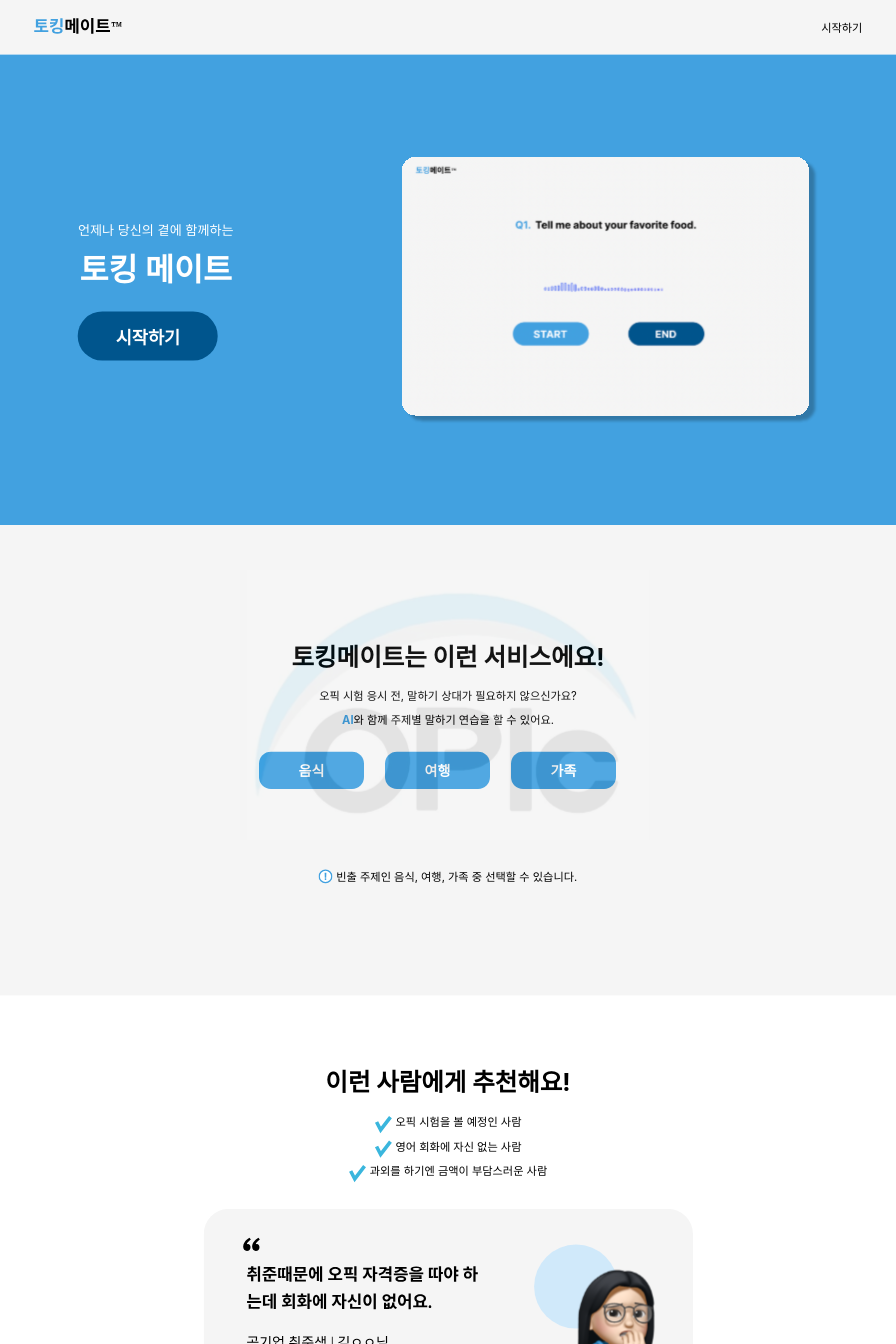
Repository: EduTechProjects/Setting-
Page: / (app in Backend/FrontEnd/)
The author's editor kept a copy of each file at every save. The page is drawn from the files as they stood at one save, then again after a run of saves.
The browser window is 1280 px wide. The pictures show the part of the page from y = 0 to 1920 px (the page is 2974 px tall), at 70% of full size.
The project was rebuilt for these pictures with package versions that can differ from the ones it lists, and the page was loaded fresh each time. Also part of the build but not shown: Backend/FrontEnd/src/pages/subject.js, Backend/FrontEnd/src/components/Speak/Speaker.js, Backend/FrontEnd/src/utils/Questions.js, Backend/FrontEnd/src/pages/Speak.js, Backend/FrontEnd/src/components/Feedback/AnswerContainer.js, Backend/FrontEnd/src/components/Feedback/FeedbackContainer.js, Backend/FrontEnd/src/components/Feedback/Togglebox.js, Backend/FrontEnd/src/pages/Loading.js and 1 more.

Above is the page before, as saved 2023-07-03 15:49:38.

### Backend/FrontEnd/src/index.js
import React from 'react';
import ReactDOM from 'react-dom/client';
import './index.css';
import App from './App';


const root = ReactDOM.createRoot(document.getElementById('root'));
root.render(
    <App />

);

### Backend/FrontEnd/src/App.js
import React from "react";
import { BrowserRouter, Routes, Route } from "react-router-dom";
import "./App.css";
import Home from "./pages/Home";
import Subject from "./pages/Subject";
import Speak from "./pages/Speak";
import Feedback from "./pages/Feedback";
import Navbar from "./components/Common/Navbar";

function App() {
  return (
    <BrowserRouter>
      <Navbar />
      <div className="App">
        <Routes>
          <Route path="/" element={<Home />} />
          <Route path="/subject" element={<Subject />} />
          <Route path="/speak/:topic" element={<Speak />} />
          <Route path="/feedback" element={<Feedback />} />
        </Routes>
        <subject />
      </div>
    </BrowserRouter>
  );
}

export default App;

### Backend/FrontEnd/src/pages/home.js
import React from "react";
import styled from "styled-components";
import ColorCode from "../utils/Palette";
import Button from "../components/Common/Button";
import { ReactComponent as Example } from "../assets/example.svg";
import { ReactComponent as Example2 } from "../assets/example2.svg";
import { ReactComponent as Opic } from "../assets/opicIcon.svg";
import { ReactComponent as Caution } from "../assets/caution.svg";
import { ReactComponent as Check } from "../assets/check.svg";
import { ReactComponent as Emoji } from "../assets/emoji.svg";
import { ReactComponent as New } from "../assets/newIcon.svg";
import { ReactComponent as Logo } from "../assets/logo.svg";
import { useNavigate } from "react-router-dom";
import Dropdown from "../components/Home/Dropdown";

const Home = () => {
  const navigate = useNavigate();

  const handleNavigate = () => {
    navigate("/subject");
  };

  return (
    <>
      <HeaderContainer bgColor={ColorCode.SelectBlue}>
        <Column>
          <SubTitle>언제나 당신의 곁에 함께하는</SubTitle>
          <Title>토킹 메이트</Title>
          <Button type="1" text="시작하기" click={handleNavigate} />
        </Column>
        <ExIcon />
      </HeaderContainer>
      <Section1>
        <Title2>토킹메이트는 이런 서비스에요!</Title2>
        <P>오픽 시험 응시 전, 말하기 상대가 필요하지 않으신가요?</P>
        <P>
          <strong style={{ color: "#42A1E0" }}>AI</strong>와 함께 주제별 말하기
          연습을 할 수 있어요.
        </P>
        <BtnContainer>
          <Button type="2" text="음식" />
          <Button type="2" text="여행" />
          <Button type="2" text="가족" />
        </BtnContainer>
        <CationContainer>
          <CautionIcon />
          <P>빈출 주제인 음식, 여행, 가족 중 선택할 수 있습니다.</P>
        </CationContainer>
        <OpicIconStyled />
      </Section1>
      <Section2>
        <Title3>이런 사람에게 추천해요!</Title3>
        <Row>
          <CheckIcon />
          <P>오픽 시험을 볼 예정인 사람</P>
        </Row>
        <Row>
          <CheckIcon />
          <P>영어 회화에 자신 없는 사람</P>
        </Row>
        <Row>
          <CheckIcon />
          <P>과외를 하기엔 금액이 부담스러운 사람</P>
        </Row>
        <EmojiIcon />
      </Section2>
      <Section3>
        <Row>
          <Column2>
            <NewIcon />
            <Title4>생성형 AI로</Title4>
            <Title4>문맥 피드백 제공</Title4>
            <Margin />
            <P>
              최근 가장 핫한 생성형 AI인 <strong>ChatGPT</strong>를 활용해
            </P>
            <P>답변을 가장 자연스러운 표현으로 바꿔드립니다.</P>
          </Column2>
          <Example2 />
        </Row>
      </Section3>
      <Footer>
        <Line />
        <LogoIcon />
      </Footer>
    </>
  );
};

const LogoIcon = styled(Logo)`
  margin-top: 50px;
  margin-left: 9rem;
  align-self: flex-start;
`;

const Footer = styled.div`
  height: 10rem;
  background-color: #f5f5f5;
  display: flex;
  flex-direction: column;
  align-items: center;
`;

const Line = styled.div`
  height: 0.9px;
  width: 80%;

  background-color: gray;
`;

const Margin = styled.div`
  margin-top: 20px;
`;

const NewIcon = styled(New)`
  margin-left: -25px;
  margin-bottom: 10px;
`;

const EmojiIcon = styled(Emoji)`
  margin-top: 33px;
`;

const BtnContainer = styled.div`
  display: flex;
`;

const Row = styled.div`
  display: flex;
  align-items: center;
  justify-content: center;
`;

const CheckIcon = styled(Check)`
  width: 25px;
  margin-right: 5px;
`;

const Section1 = styled.div`
  height: 42rem;
  background-color: #f5f5f5;
  display: flex;
  flex-direction: column;
  align-items: center;
`;

const Section2 = styled.div`
  height: 42rem;
`;

const Section3 = styled.div`
  height: 37rem;
  background-color: #f5f5f5;
  padding-top: 8rem;
`;

const CationContainer = styled.div`
  display: flex;
  align-items: center;
  justify-content: center;
  margin-top: 7rem;
`;

const Title2 = styled.h1`
  margin: 0;
  padding-top: 10rem;
  padding-bottom: 20px;
  font-size: 35px;
`;

const Title4 = styled(Title2)`
  padding: 0;
  margin-bottom: 15px;
`;

const Title3 = styled(Title2)`
  margin: 0;
  padding-top: 6rem;
  padding-bottom: 20px;
  font-size: 35px;
`;

const P = styled.p`
  margin: 0;
  margin-bottom: 10px;
`;

const CautionIcon = styled(Caution)`
  margin-top: -15px;
  margin-right: 5px;
`;

const ExIcon = styled(Example)``;

const OpicIconStyled = styled(Opic)`
  position: absolute;
  z-index: 1;
  margin-top: 4rem;
`;

const HeaderContainer = styled.div`
  height: 42rem;
  background-color: ${(props) => props.bgColor};
  display: flex;
  align-items: center;
  justify-content: center;
`;

const Column = styled.div`
  display: flex;
  flex-direction: column;
  margin-right: 15rem;
`;

const Column2 = styled(Column)`
  align-items: flex-start;
  margin-right: 20rem;
`;

const SubTitle = styled.h3`
  color: white;
  margin: 0;
  font-weight: 400;
`;

const Title = styled.h1`
  color: white;
  font-size: 45px;
  margin: 0;
  margin-top: 10px;
  margin-bottom: 30px;
`;

export default Home;

### Backend/FrontEnd/src/components/Common/Navbar.js
import React from "react";
import styled from "styled-components";
import { ReactComponent as Logo } from "../../assets/logo.svg";
import { Link } from "react-router-dom";

const Navbar = () => {
  return (
    <Container>
      <Link to="/">
        <LogoIcon />
      </Link>
      <Link to="/subject" style={{ textDecoration: "none", color: "black" }}>
        <Start>시작하기</Start>
      </Link>
    </Container>
  );
};

const Container = styled.div`
  display: flex;
  align-items: center;
  justify-content: space-between;
  padding-top: 0.7rem;
  padding-bottom: 0.7rem;
  padding-left: 3rem;
  padding-right: 3rem;
  background-color: #f5f5f5;
`;

const LogoIcon = styled(Logo)`
  cursor: pointer;
`;

const Start = styled.p`
  cursor: pointer;
`;

export default Navbar;

### Backend/FrontEnd/src/utils/Palette.js
export const ColorCode = {
    MainBlue : "#00558D",
    SelectBlue : "#42A1E0",
    UnSelectBlue : "#ABDDFF",

};

export default ColorCode;

### Backend/FrontEnd/src/components/Common/Button.js
import React from "react";
import styled from "styled-components";
import ColorCode from "../../utils/Palette";

const Button = ({ type, text, click }) => {
  return type === "1" ? (
    <Btn1 bgColor={ColorCode.MainBlue} onClick={click}>
      {text}
    </Btn1>
  ) : type === "2" ? (
    <Btn2 bgColor={ColorCode.SelectBlue} onClick={click}>
      {text}
    </Btn2>
  ) : type === "3" ? (
    <Btn2 bgColor={ColorCode.MainBlue} onClick={click}>
      {text}
    </Btn2>
  ) : (
    <Btn2 bgColor={"#ABDDFF"} onClick={click}>
      {text}
    </Btn2>
  );
};

const Btn1 = styled.button`
  width: 200px;
  height: 70px;
  background-color: ${(props) => props.bgColor};
  border: none;
  border-radius: 40px;
  color: white;
  font-size: 25px;
  font-weight: 600;
  cursor: pointer;
`;

const Btn2 = styled.button`
  background-color: ${(props) => props.bgColor};
  border: none;
  border-radius: 40px;
  color: white;
  font-weight: 600;
  width: 150px;
  height: 53px;
  border-radius: 17px;
  border: none;
  font-size: 20px;
  margin-right: 30px;
  margin-top: 25px;
  cursor: pointer;
`;

export default Button;

### Backend/FrontEnd/src/components/Home/Dropdownlist.js
import React from "react";


const Dropdownlist = () =>{

    return (
        <>
          <li>English</li>
          <li>Deutsch</li>
          <li>Vietnam</li>
          <li>Espanol</li>
        </>

    );

}

export default Dropdownlist;

### Backend/FrontEnd/src/components/Home/Dropdown.js
import React from 'react';
import { useState } from 'react';
import Dropdownlist from './Dropdownlist';

const Dropdown =() =>{

    const [open, isOpen] = useState(false);

    <ul onClick = {() => {isOpen(!open)}}>
        언어 선택{" "}
        {open ? '^' : '⌄'}
        {open && <Dropdownlist />}

    </ul>

}

export default Dropdown;

Loaded but not shown: Backend/FrontEnd/public/index.html (common file); Backend/FrontEnd/src/index.css (common file); Backend/FrontEnd/src/App.css (common file)

After the next 4 saves:
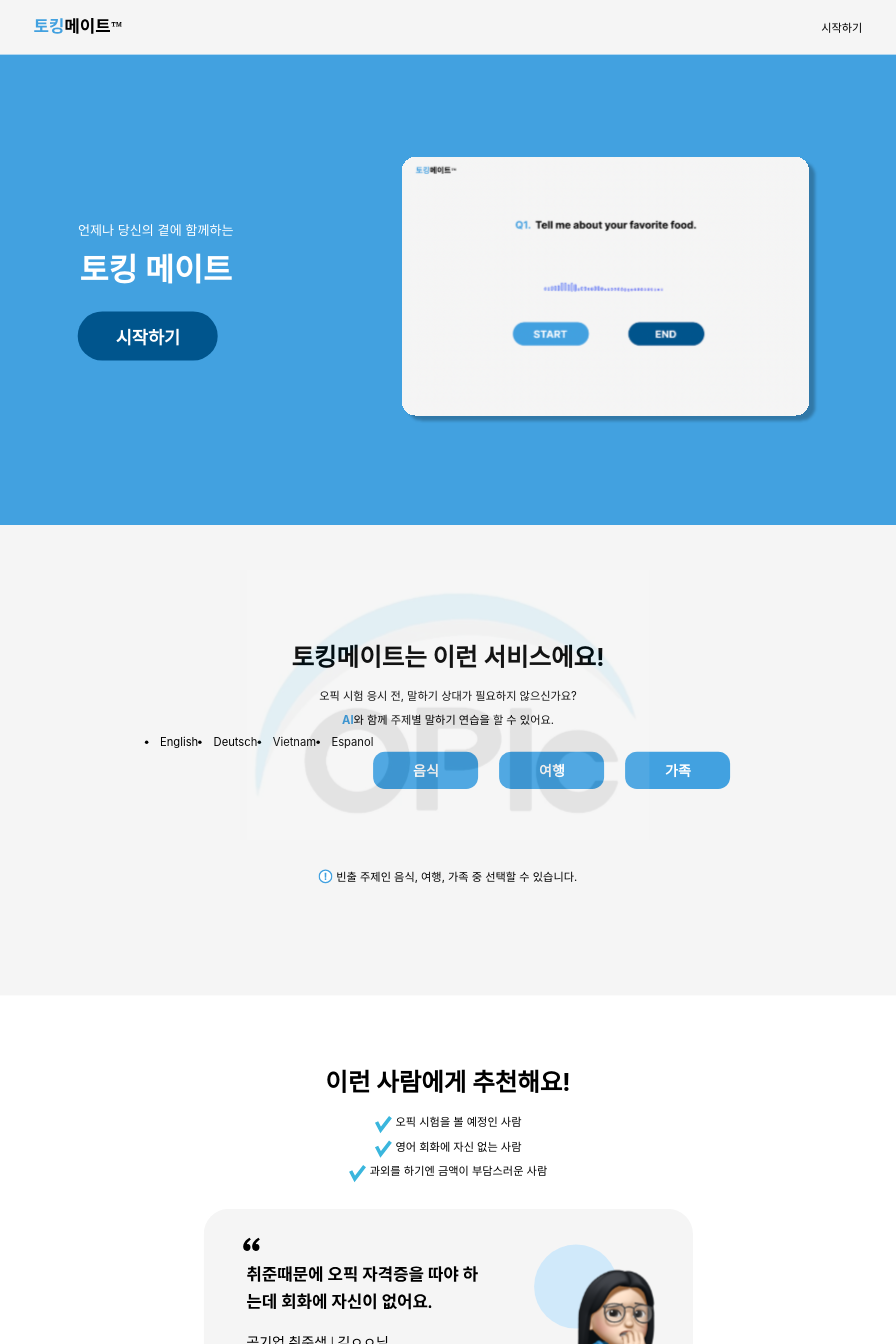
The 4 saves are shown as one change because 1 did not build or start and some came seconds apart.
The last was saved 29 s later.
--- a/Backend/FrontEnd/src/pages/home.js
+++ b/Backend/FrontEnd/src/pages/home.js
@@ -12,6 +12,7 @@
 import { ReactComponent as Logo } from "../assets/logo.svg";
 import { useNavigate } from "react-router-dom";
 import Dropdown from "../components/Home/Dropdown";
+import Dropdownlist from "../components/Home/Dropdownlist";
 
 const Home = () => {
   const navigate = useNavigate();
@@ -38,6 +39,7 @@
           연습을 할 수 있어요.
         </P>
         <BtnContainer>
+          <Dropdownlist/>
           <Button type="2" text="음식" />
           <Button type="2" text="여행" />
           <Button type="2" text="가족" />

After the 2 saves that followed:
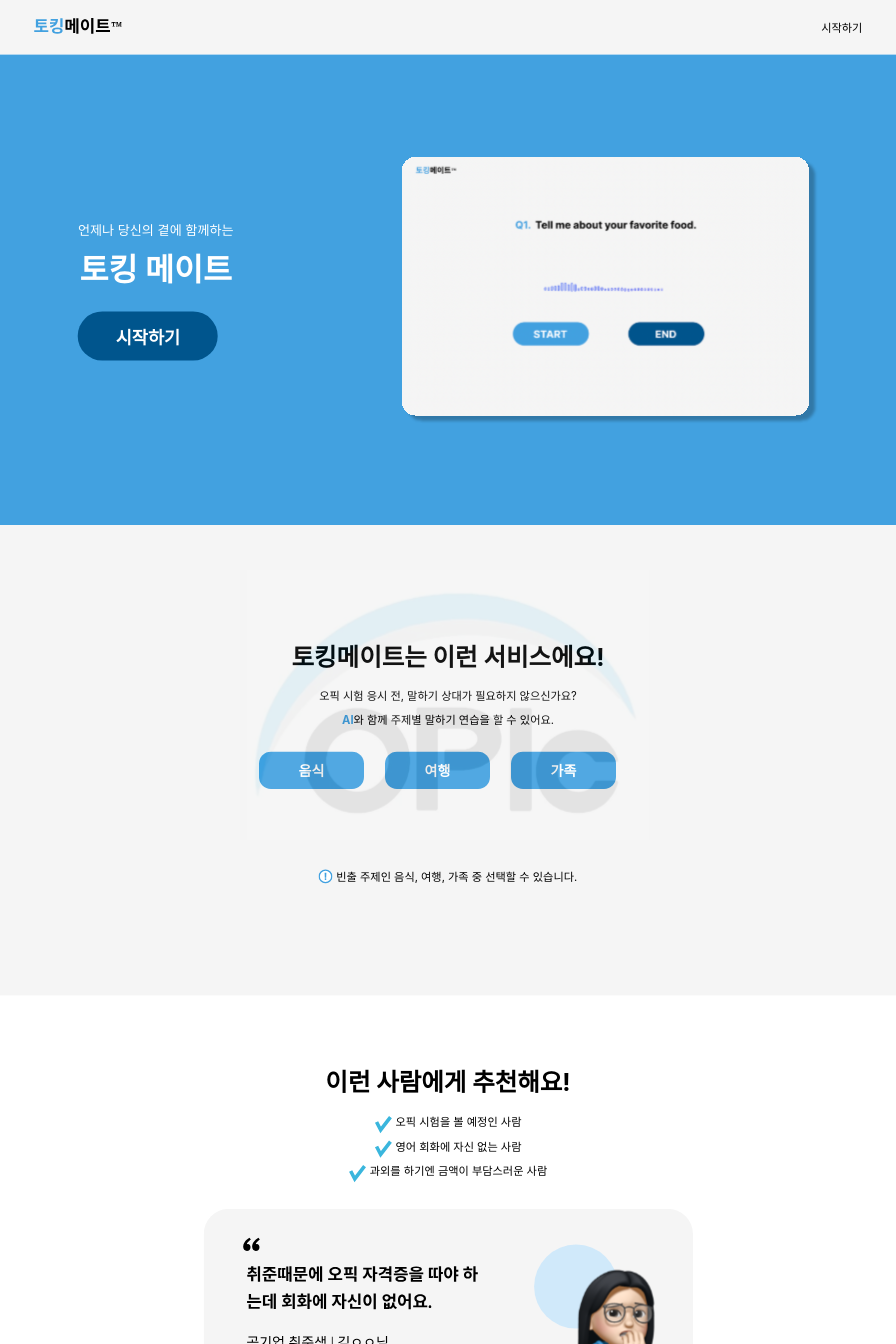
The 2 saves are shown as one change because 1 did not build or start.
The last was saved 14 s later.
--- a/Backend/FrontEnd/src/pages/home.js
+++ b/Backend/FrontEnd/src/pages/home.js
@@ -12,7 +12,7 @@
 import { ReactComponent as Logo } from "../assets/logo.svg";
 import { useNavigate } from "react-router-dom";
 import Dropdown from "../components/Home/Dropdown";
-import Dropdownlist from "../components/Home/Dropdownlist";
+
 
 const Home = () => {
   const navigate = useNavigate();
@@ -39,7 +39,7 @@
           연습을 할 수 있어요.
         </P>
         <BtnContainer>
-          <Dropdownlist/>
+          <Dropdown/>
           <Button type="2" text="음식" />
           <Button type="2" text="여행" />
           <Button type="2" text="가족" />
